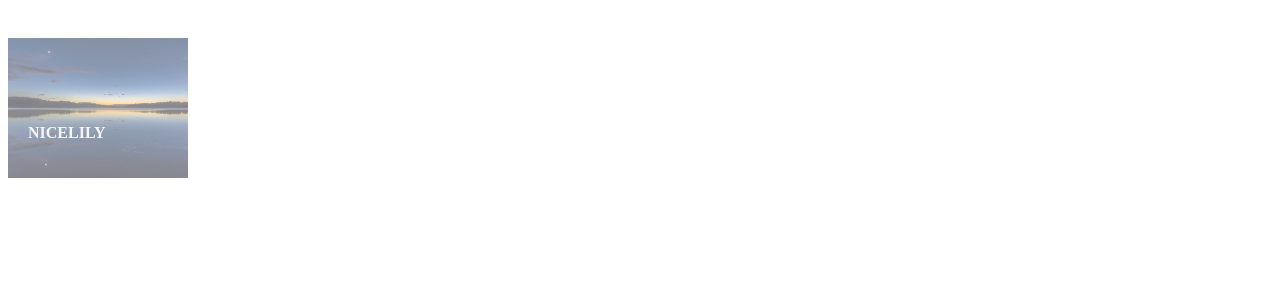
Repository: northpx/animation
Page: index.html
The author's editor kept a copy of each file at every save. The page is drawn from the files as they stood at one save, then again after the next save.
The browser window is 1280 px wide. The pictures show the whole page.

Above is the page before, as saved 2022-12-19 20:57:05.

After the next save:
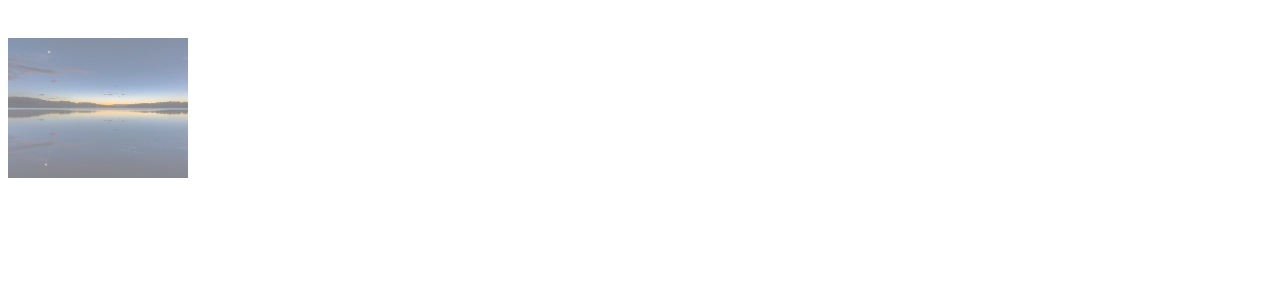
Saved 9 s later.
--- a/style.css
+++ b/style.css
@@ -116,19 +116,20 @@
     opacity: 1;
 }
 
-.content1 .p1{
+.content1 .p{
     position: absolute;
     color: whitesmoke;
     top: 100px;
     left: 20px;
     transition: all 1s ease-in;
     font-weight: bold;
-    opacity: 1;
 }
 
-.container
+.container:hover .content{
+    transform: translateY(-220px);
+}
 
-.content1 .p2{
+.content1 p{
     position: absolute;
     color: azure;
     top: 120px;
@@ -138,7 +139,7 @@
     transition: all 1s ease-in;
 }
 
-.container:hover .content1 .p2{
+.container:hover .content1 p{
     transform: translateY(-22px);
     visibility: visible;
     opacity: 1;
